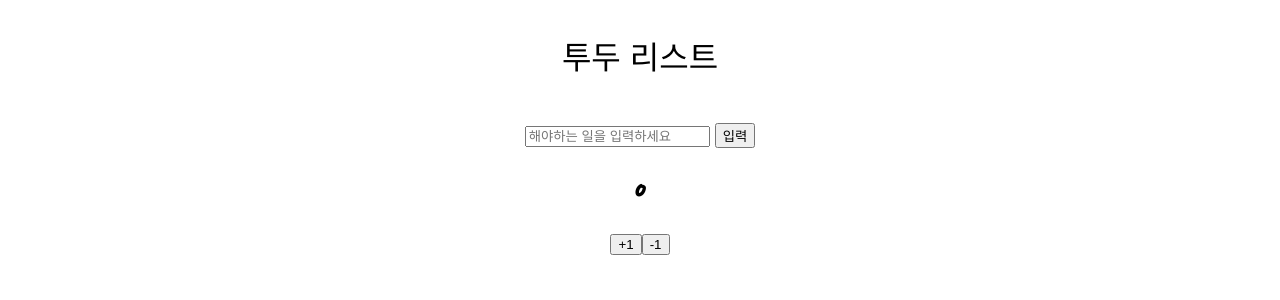
Repository: jun01270/Todo-List_React
Page: /
The author's editor kept a copy of each file at every save. The page is drawn from the files as they stood at one save, then again after the next save.
The browser window is 1280 px wide. The pictures show the whole page.
The project was rebuilt for these pictures with package versions that can differ from the ones it lists, and the page was loaded fresh each time.

Above is the page before, as saved 2023-01-02 13:09:12.

### public/index.html
<!DOCTYPE html>
<html lang="en">
  <head>
    <meta charset="utf-8" />
    <link rel="preconnect" href="https://fonts.googleapis.com" />
    <link rel="preconnect" href="https://fonts.gstatic.com" crossorigin />
    <link
      href="https://fonts.googleapis.com/css2?family=Nanum+Pen+Script&display=swap"
      rel="stylesheet"
    />
    <meta name="viewport" content="width=device-width, initial-scale=1" />
    <meta name="theme-color" content="#000000" />
    <meta
      name="description"
      content="Web site created using create-react-app"
    />
    <link rel="apple-touch-icon" href="%PUBLIC_URL%/logo192.png" />
    <!--
      manifest.json provides metadata used when your web app is installed on a
      user's mobile device or desktop. See https://developers.google.com/web/fundamentals/web-app-manifest/
    -->
    <link rel="manifest" href="%PUBLIC_URL%/manifest.json" />
    <!--
      Notice the use of %PUBLIC_URL% in the tags above.
      It will be replaced with the URL of the `public` folder during the build.
      Only files inside the `public` folder can be referenced from the HTML.

      Unlike "/favicon.ico" or "favicon.ico", "%PUBLIC_URL%/favicon.ico" will
      work correctly both with client-side routing and a non-root public URL.
      Learn how to configure a non-root public URL by running `npm run build`.
    -->
    <title>React App</title>
  </head>
  <body>
    <noscript>You need to enable JavaScript to run this app.</noscript>
    <div id="root"></div>
    <!--
      This HTML file is a template.
      If you open it directly in the browser, you will see an empty page.

      You can add webfonts, meta tags, or analytics to this file.
      The build step will place the bundled scripts into the <body> tag.

      To begin the development, run `npm start` or `yarn start`.
      To create a production bundle, use `npm run build` or `yarn build`.
    -->
  </body>
</html>

### src/App.js
import "./App.css";
import Counter from "./counter";

function App() {
  return (
    <div className="todo">
      <div className="todo-all">
        <p className="todo-title">투두 리스트</p>
        <div className="todo-list">
          <form className="todo-Form">
            <input type="text" placeholder="해야하는 일을 입력하세요"></input>
            <input type="submit" value="입력" className="sub"></input>
          </form>
        </div>
      </div>
      <Counter />
    </div>
  );
}

export default App;

### src/App.css
.todo {
  text-align: center;
  font-family: "Nanum Pen Script", cursive;
}

.todo-all {
  font-size: xx-large;
}

.todo-list {
}

.todo-title {
  font-family: "Nanum Pen Script", cursive;
}

.todo-Form {
}

.sub {
  margin-left: 5px;
}

### src/counter.js
/* eslint-disable */

import React, { useState } from "react";

function Counter() {
  let [num, numPlus] = useState(0);

  let increase = () => {
    console.log("+1");
    numPlus(num + 1);
  };
  const decrease = () => {
    console.log("-1");
    numPlus(num - 1);
  };

  return (
    <div>
      <h1>{num}</h1>
      <button onClick={increase}>+1</button>
      <button onClick={decrease}>-1</button>
    </div>
  );
}

export default Counter;

Loaded but not shown: src/index.js (common file); src/index.css (common file); src/reportWebVitals.js (common file)

After the next save:
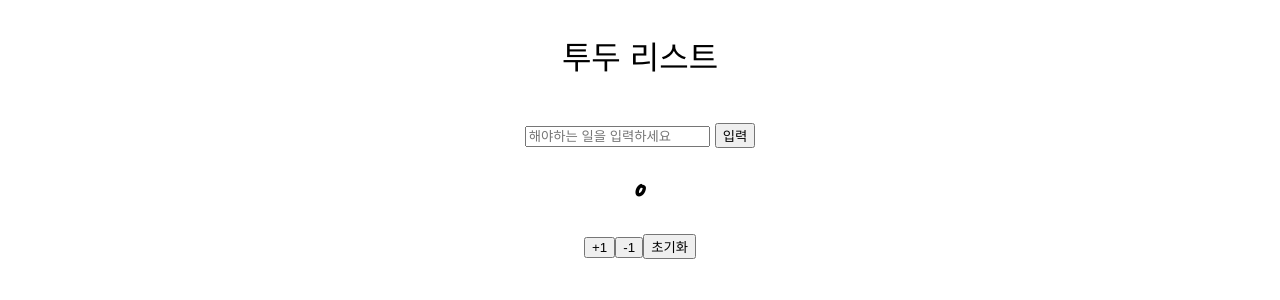
Saved 45 s later.
--- a/src/counter.js
+++ b/src/counter.js
@@ -9,9 +9,14 @@ function Counter() {
     console.log("+1");
     numPlus(num + 1);
   };
-  const decrease = () => {
+  let decrease = () => {
     console.log("-1");
     numPlus(num - 1);
+  };
+
+  let set = () => {
+    console.log("-1");
+    numPlus(0);
   };
 
   return (
@@ -19,6 +24,7 @@ function Counter() {
       <h1>{num}</h1>
       <button onClick={increase}>+1</button>
       <button onClick={decrease}>-1</button>
+      <button onClick={set}>초기화</button>
     </div>
   );
 }
